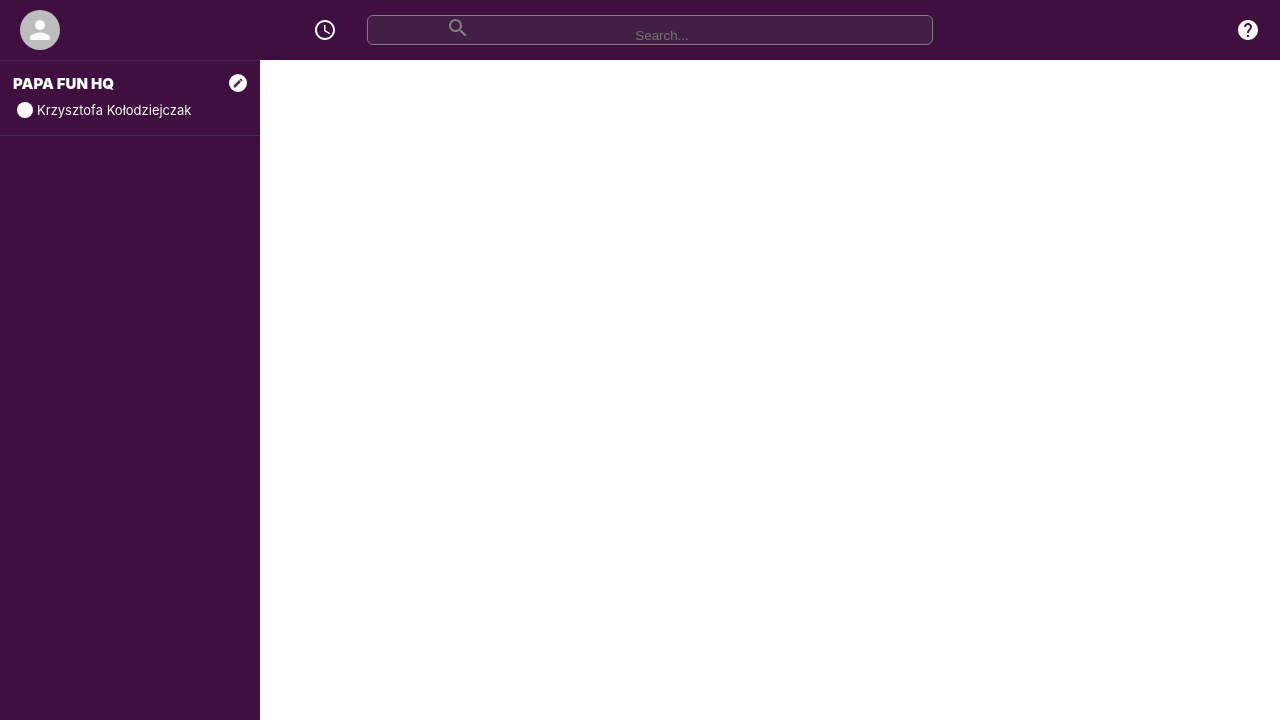
Repository: KrzysKolo/slackClone
Page: /
An editor plug-in stored every save of this project. The page is shown before and after the next save, followed by the edit.
The browser window is 1280 px wide. The pictures show the whole page.
The project was rebuilt for these pictures with package versions that can differ from the ones it lists, and the page was loaded fresh each time. Also part of the build but not shown: src/App.css, src/pages/About/About.js.

Above is the page before, as saved 2021-12-27 14:51:42.

### src/index.css
* {
  margin: 0;
  padding: 0;
  box-sizing: border-box;
}
body {
  --slack-color: #3f0f40;
  overflow: hidden;

  margin: 0;
  font-family: -apple-system, BlinkMacSystemFont, 'Segoe UI', 'Roboto', 'Oxygen',
    'Ubuntu', 'Cantarell', 'Fira Sans', 'Droid Sans', 'Helvetica Neue',
    sans-serif;
  -webkit-font-smoothing: antialiased;
  -moz-osx-font-smoothing: grayscale;
}

code {
  font-family: source-code-pro, Menlo, Monaco, Consolas, 'Courier New',
    monospace;
}

### src/App.js
import './App.css';
import {BrowserRouter as Router, Routes, Route, Link } from 'react-router-dom';
import { AppBody } from './style';
import { About } from './pages'
import { Header, Sidebar } from './components';

function App() {
  return (
    <Router>
      <>
        <Header />
        <AppBody>
          <Sidebar />
          <Routes>
            <Route path='/' exact  />
          </Routes>
        </AppBody>
      </>
    </Router>
  );
}

export default App;

### src/style.js
import styled from 'styled-components';

export const AppBody = styled.div`
  display: flex;
  height: 100vh;
`;

### src/components/index.js
export { default as Header } from './Header';
export { default as Sidebar } from './Sidebar';

### src/components/Header/Header.js
import React from 'react';
import { HeaderContainer, HeaderLeft, HeaderAvatar, HeaderSearch, HeaderRight } from './style';
import AccessTimeIcon from '@material-ui/icons/AccessTime';
import SearchIcon from '@material-ui/icons/Search';
import HelpIcon from '@material-ui/icons/Help';


const Header = () => {
  return (
    <HeaderContainer>
      {/*  Header Left */}
      <HeaderLeft>
        <HeaderAvatar

         />
         <AccessTimeIcon />
      </HeaderLeft>
      {/*  Header Search */}
      <HeaderSearch>
        <SearchIcon />
        <input placeholder='Search...' />
      </HeaderSearch>
      {/*  Header Right */}
      <HeaderRight>
        <HelpIcon />
      </HeaderRight>
    </HeaderContainer>
  )
}

export default Header;

### src/components/Sidebar/Sidebar.js
import React from 'react';
import { SidebarContainer, SidebarHead, SidebarInfo } from './style';
import FiberManualRecordIcon from '@material-ui/icons/FiberManualRecord';
import CreateIcon from '@material-ui/icons/Create';


const Sidebar = () => {
  return (
    <SidebarContainer>
      <SidebarHead>
        <SidebarInfo>
          <h2>PAPA FUN HQ</h2>
          <h3>
            <FiberManualRecordIcon  />
            Krzysztofa Kołodziejczak
          </h3>
        </SidebarInfo>
        <CreateIcon />
      </SidebarHead>
    </SidebarContainer>
  )
}

export default Sidebar;

### src/components/Header/style.js
import styled from 'styled-components';
import { Avatar } from '@material-ui/core';

export const HeaderContainer = styled.header`
  display: flex;
  position: fixed;
  width: 100%;
  align-items: center;
  justify-content: space-between;
  padding: 10px 0;
  background-color: var(--slack-color);
  color: white;
`;
export const HeaderLeft = styled.div`
  flex: 0.3;
  display: flex;
  align-items: center;
  margin-left: 20px;
  > .MuiSvgIcon-root {
    margin-left: auto;
    margin-right: 30px;
  }
`;

export const HeaderAvatar = styled(Avatar)`
  cursor: pointer;

  :hover {
    opacity: 0.8;
  }
`;

export const HeaderSearch = styled.div`
  flex: 0.4;
  opacity: 1;
  border-radius: 6px;
  background-color: #421f44;
  text-align: center;
  padding: 0 50px;
  color: gray;
  border: 1px gray solid;
  > input {
    background-color: transparent;
    border: none;
    text-align: center;
    min-width: 30vw;
    outline: 0;
    color: white;
  }
`;
export const HeaderRight = styled.div`
  flex: 0.3;
  display: flex;
  align-items: flex-end;
  > .MuiSvgIcon-root {
    margin-left: auto;
    margin-right: 20px;
  }
`;

### src/components/Sidebar/style.js
import styled from 'styled-components';

export const SidebarContainer = styled.div`
  color: white;
  background-color: var(--slack-color);
  flex: 0.3;
  border-top: 1px solid #49274b;
  max-width: 260px;
  margin-top: 60px;
`;

export const SidebarHead = styled.div`
  display: flex;
  border-bottom: 1px solid #49274b;
  padding: 13px;
  > .MuiSvgIcon-root {
    padding: 3px;
    color: #49274b;
    font-size: 18px;
    background: #fff;
    border-radius: 50%;
  }
`;

export const SidebarInfo = styled.div`
  flex: 1;
  > h2 {
  font-size: 15px;
  font-weight: 900;
  margin-bottom: 5px;
  }
  > h3 {
    display: flex;
    font-size: 13px;
    font-weight: 400;
    align-items: center;
  }
  > h3 > .MuiSvgIcon {
      font-size: 14px;
      margin-right: 5px;
      margin-top: 1px;
      color: green;
    }
`;

Loaded but not shown: public/index.html (common file); src/index.js (common file); src/pages/index.js (common file); src/pages/About/index.js (common file); src/components/Header/index.js (common file); src/components/Sidebar/index.js (common file)

After the next save:
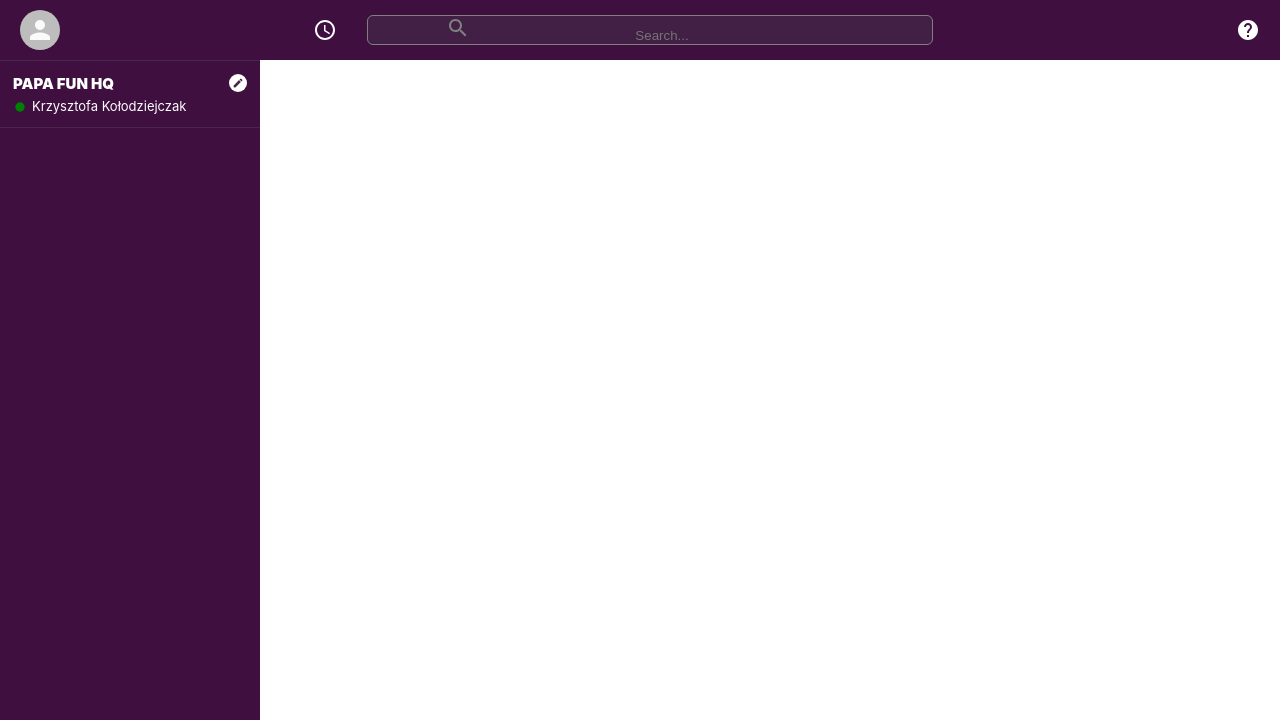
Saved 30 s later.
--- a/src/components/Sidebar/style.js
+++ b/src/components/Sidebar/style.js
@@ -35,7 +35,7 @@ export const SidebarInfo = styled.div`
     font-weight: 400;
     align-items: center;
   }
-  > h3 > .MuiSvgIcon {
+  > h3 > .MuiSvgIcon-root {
       font-size: 14px;
       margin-right: 5px;
       margin-top: 1px;
